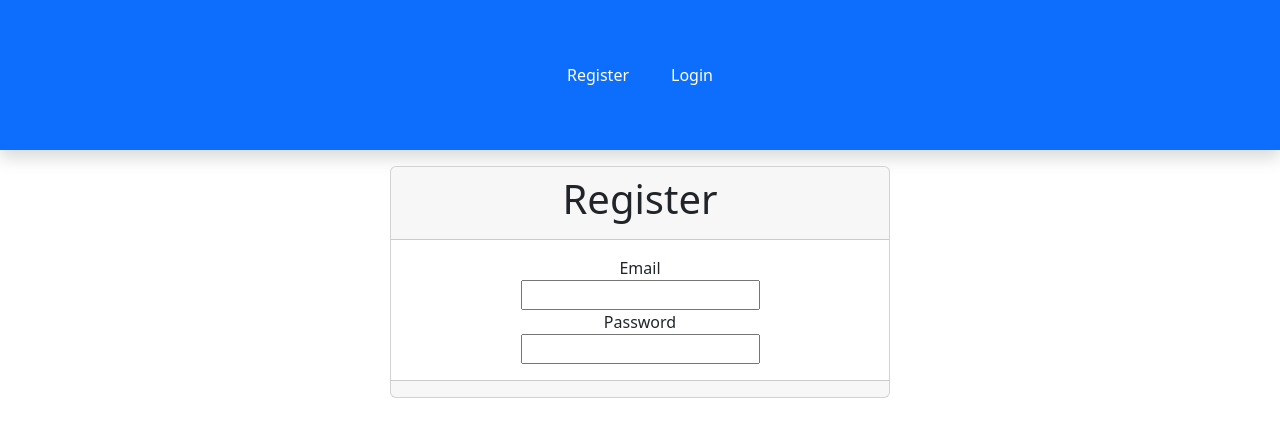
Repository: loveleii/firebase-login-logout
Page: /
These files come from the project's save history. The page is drawn as it stood at one moment and after a run of saves; the edit follows.
The browser window is 1280 px wide. The pictures show the whole page.
The project was rebuilt for these pictures with package versions that can differ from the ones it lists, and the page was loaded fresh each time. Also part of the build but not shown: vite.config.ts, src/views/loginView.vue, src/assets/main.css.

Above is the page before, as saved 2023-03-04 19:34:27.

After the next 4 saves:
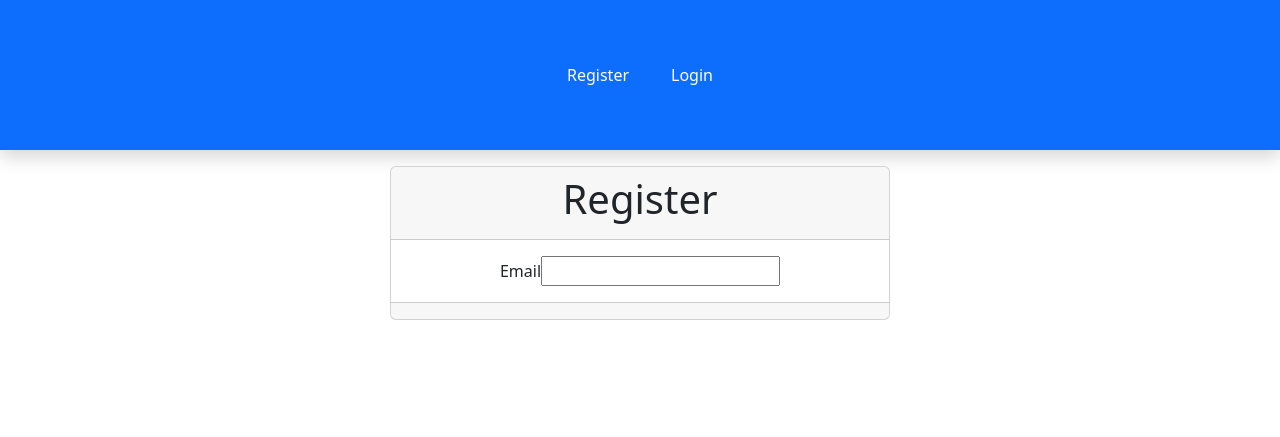
The 4 saves are shown as one change because they came seconds apart.
The last was saved 13 s later.
--- a/src/views/registerView.vue
+++ b/src/views/registerView.vue
@@ -4,11 +4,10 @@
             <h1>Register</h1>
         </div>
         <div class="card-body float-left">
-            <label for="">Email</label> <br>
-            <input type="text" name="" id=""> <br>
-
-            <label for="">Password</label> <br>
-            <input type="text" name="" id="">
+            <div class="form-group">
+                <label for="">Email</label>
+                <input type="text" name="" id="">
+            </div>
 
         </div>
         <div class="card-footer">
